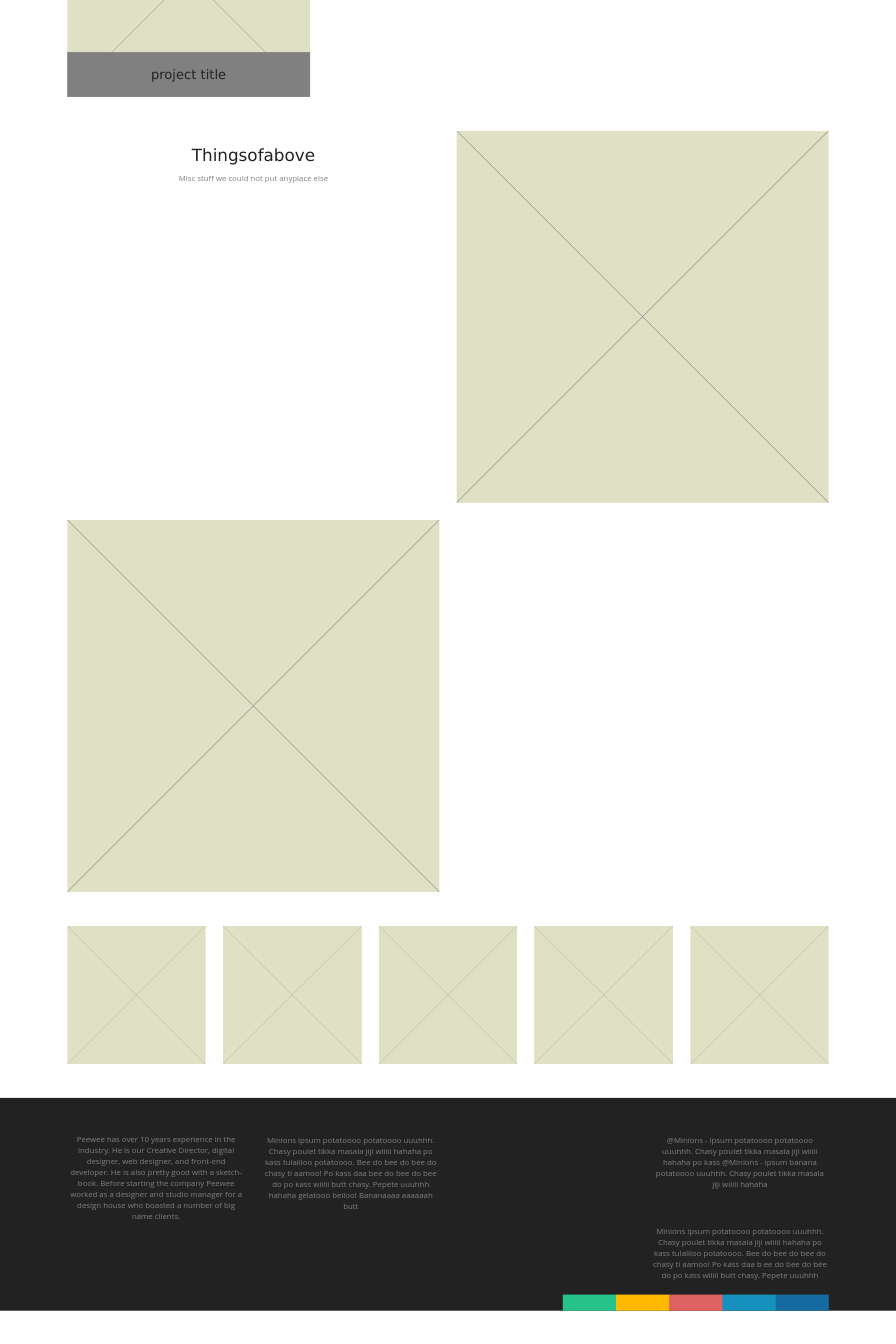
Repository: msyukurrr/metrolics_assignment
Page: index.html
The author's editor kept a copy of each file at every save. The page is drawn from the files as they stood at one save, then again after the next save.
The browser window is 1280 px wide. The pictures show the part of the page from y = 2859 to 4779 px (the page is 4779 px tall before and 4731 px after), at 70% of full size.

Above is the page before, as saved 2022-01-31 12:09:17.

After the next save:
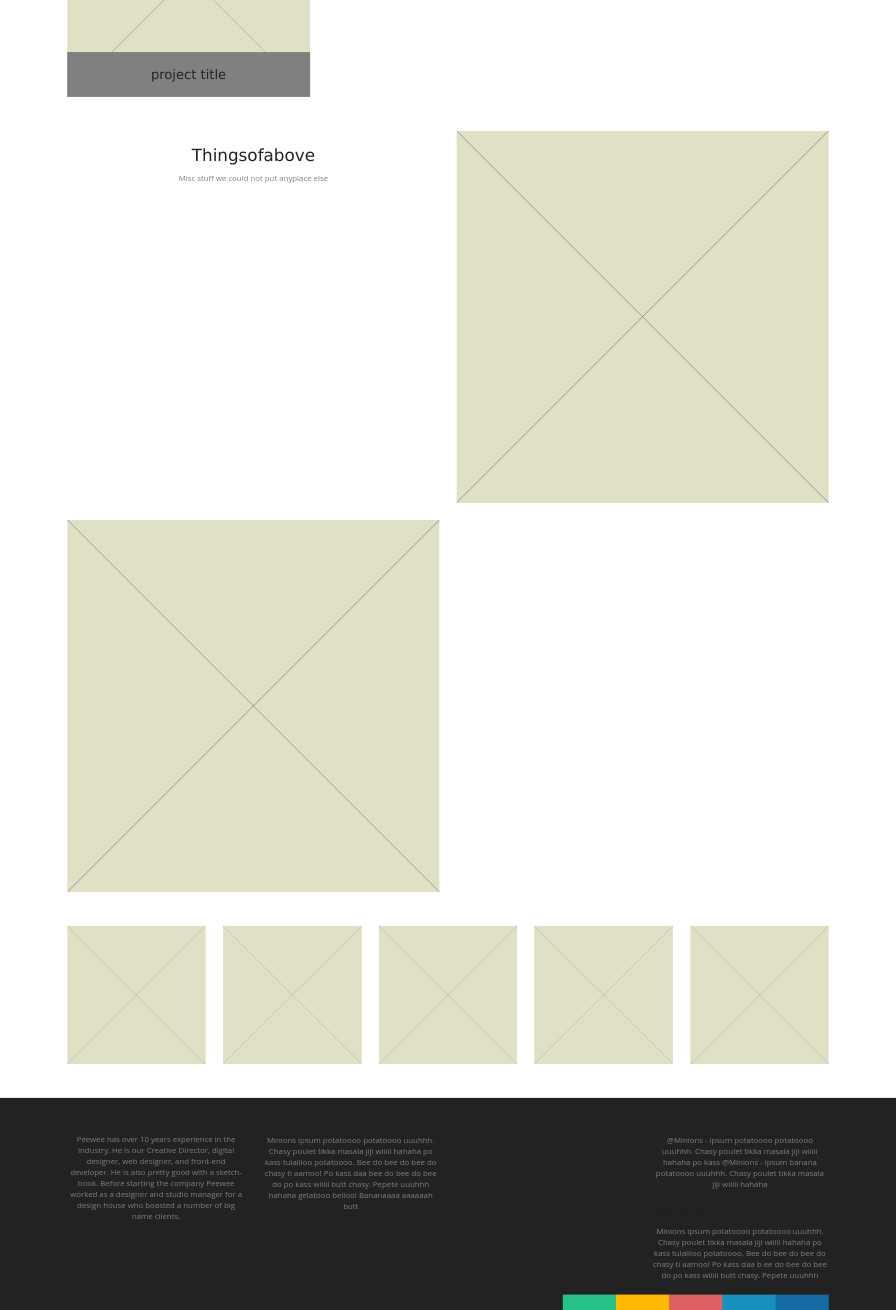
Saved 9 min 22 s later.
--- a/index.html
+++ b/index.html
@@ -234,7 +234,7 @@
 </div>
 
 <footer class="page__footer">
-  <div class="row m-col-2 l-col-4">
+  <div class="row m-col-2 l-col-4 row-no-margin">
     <div class="page__footer__intro column span-full">
         <h3 class="heading">
           Pewee Herman
@@ -246,7 +246,7 @@
           as a designer and studio manager for a design house who boasted a number of big name clients.
         </p>
     </div>
-    <div class="column">
+    <div class="column about-us s-hide">
       <h4>About Us</h4>
       <p class="subheading">
         Minions ipsum potatoooo potatoooo uuuhhh.
